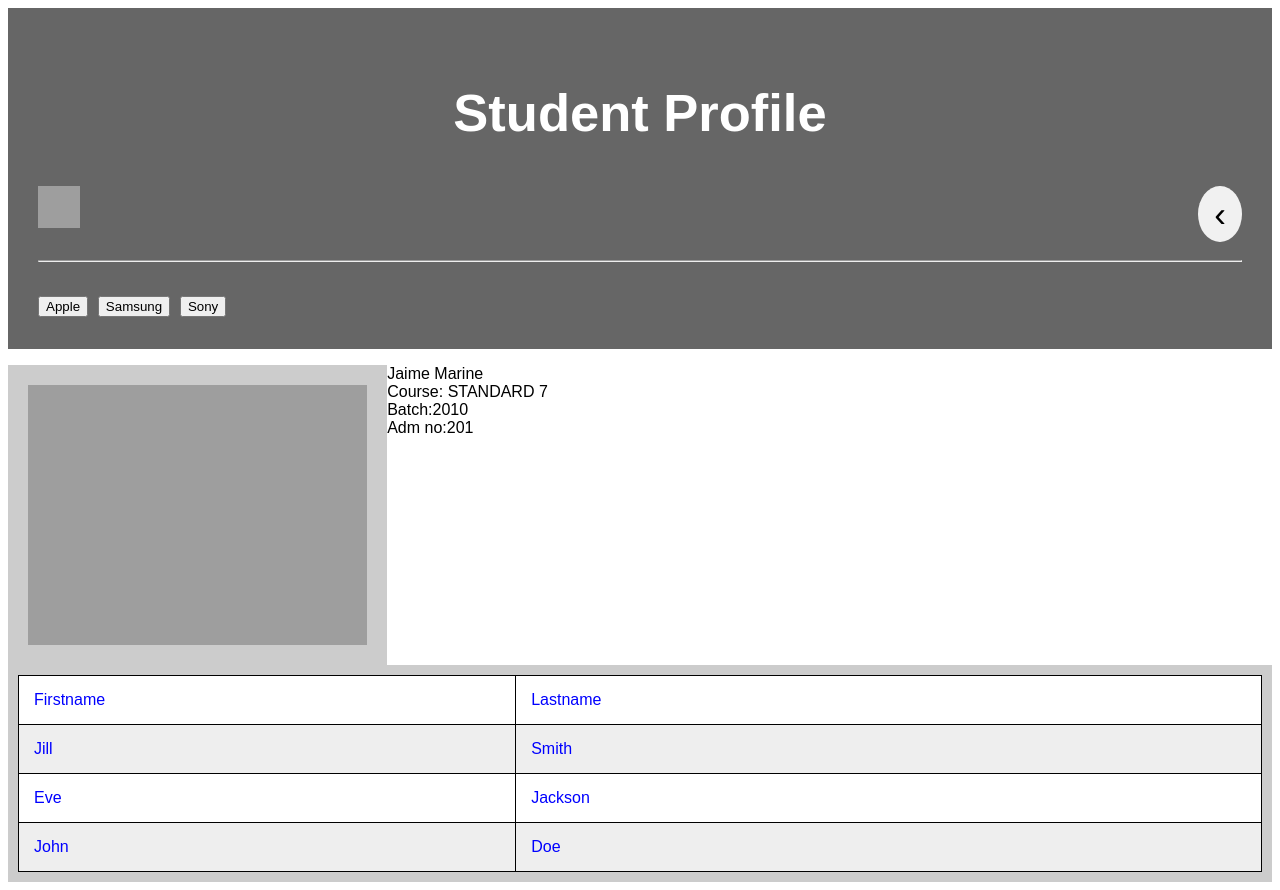
Repository: sandunigayanjali/Library_System
Page: http://localhost/library_management/studentProfile2.jsp
The author's editor kept a copy of each file at every save. The page is drawn from the files as they stood at one save, then again after the next save.
The browser window is 1280 px wide. The pictures show the whole page.
Pictures or frames that could not be fetched are drawn as grey boxes. The page is served by Tomcat 9.

Above is the page before, as saved 2018-11-24 09:54:09.

After the next save:
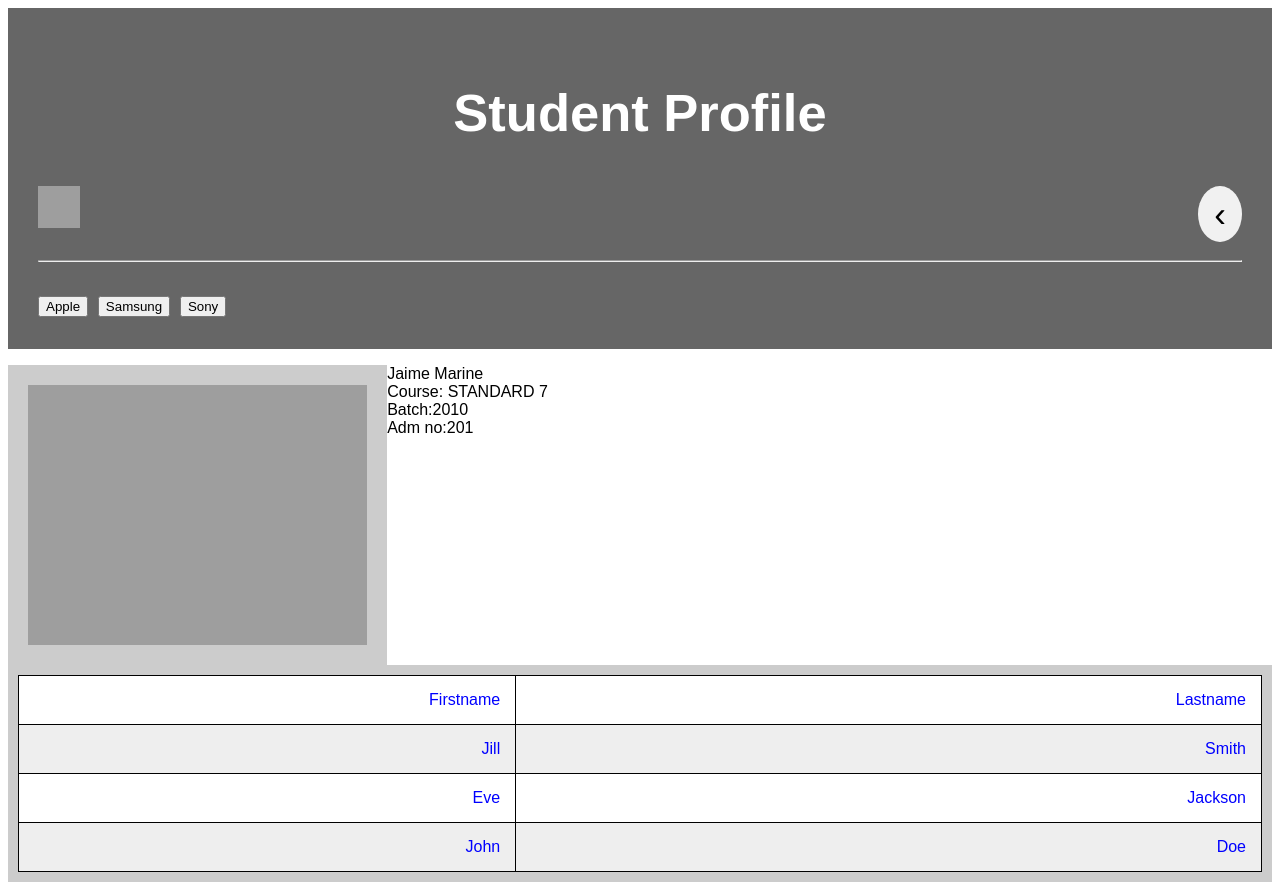
Saved 5 min 1 s later.
--- a/library management/WebContent/studentProfile2.jsp
+++ b/library management/WebContent/studentProfile2.jsp
@@ -81,7 +81,7 @@
 }
 th, td {
     padding: 15px;
-    text-align: left;
+    text-align: right;
 }
 table#t01 tr:nth-child(even) {
     background-color: #eee;

After the save that followed:
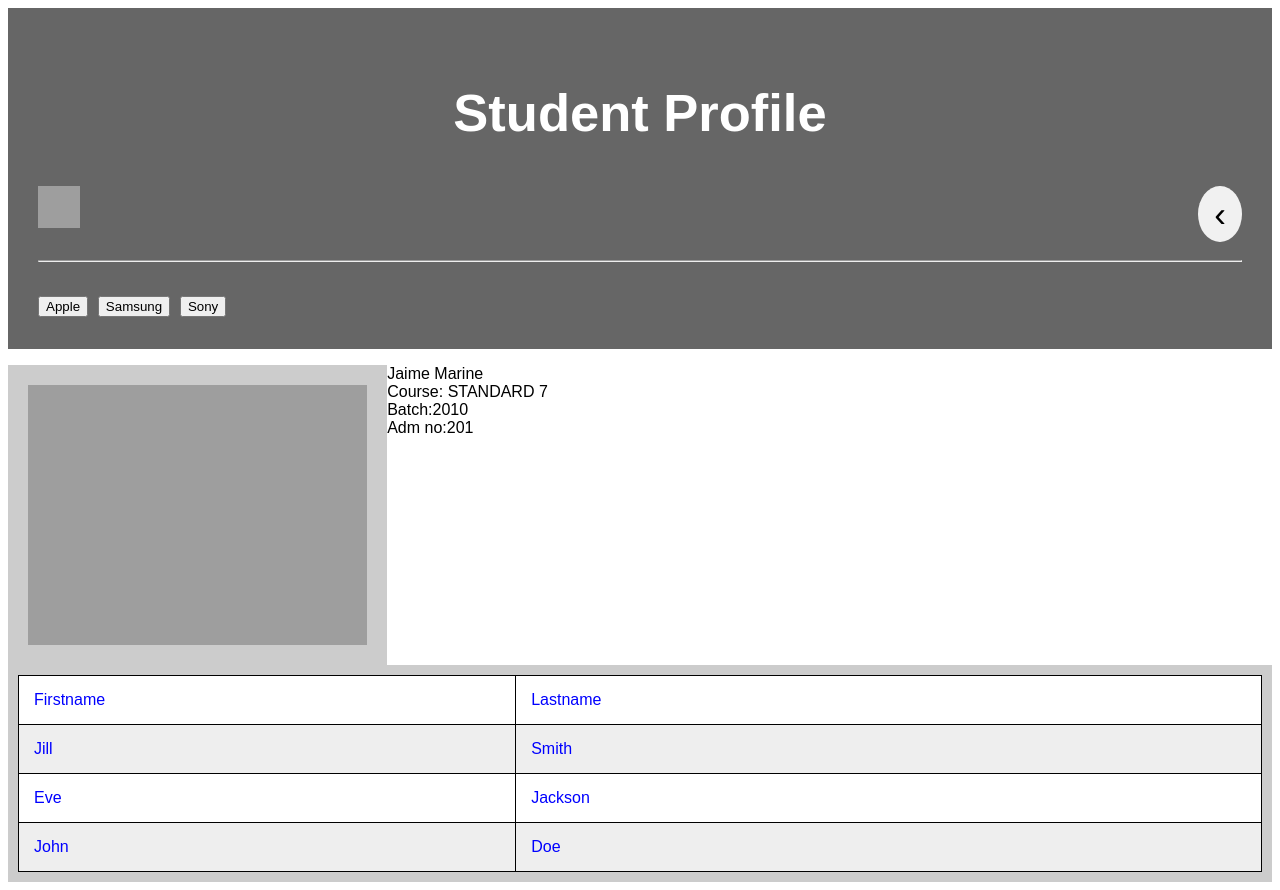
Saved 97 s later.
--- a/library management/WebContent/studentProfile2.jsp
+++ b/library management/WebContent/studentProfile2.jsp
@@ -82,6 +82,7 @@
 th, td {
     padding: 15px;
     text-align: right;
+    text-align:left;
 }
 table#t01 tr:nth-child(even) {
     background-color: #eee;
